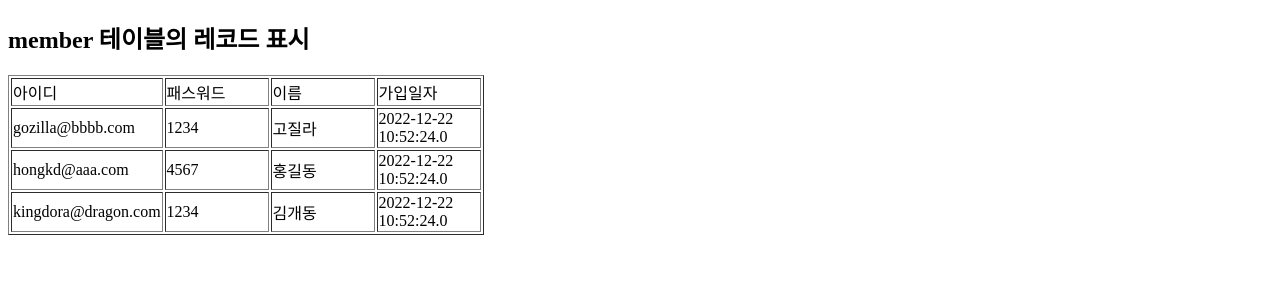
Repository: matodale/StudyJSP
Page: http://localhost/StudyJSP/ch11/selectTest.jsp
The author's editor kept a copy of each file at every save. The page is drawn from the files as they stood at one save, then again after the next save.
The browser window is 1280 px wide. The pictures show the whole page.
The page is served by Tomcat 9. The database holds what the project's SQL file puts in it.

Above is the page before, as saved 2022-12-22 11:16:46.

After the next save:
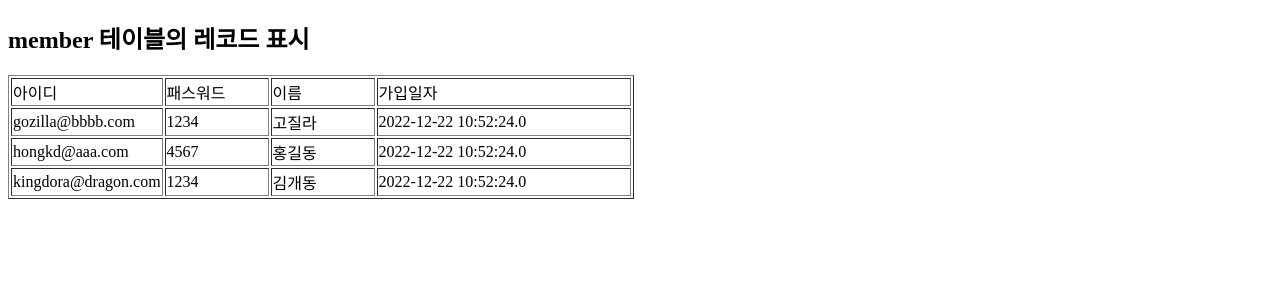
Saved 24 s later.
--- a/StudyJSP/src/main/webapp/ch11/selectTest.jsp
+++ b/StudyJSP/src/main/webapp/ch11/selectTest.jsp
@@ -42,7 +42,7 @@
 		<td width="100"><%=id %></td>
 		<td width="100"><%=passwd %></td>
 		<td width="100"><%=name %></td>
-		<td width="100"><%=register.toString() %></td>
+		<td width="250"><%=register.toString() %></td>
 	</tr>
 	<%
 			}
